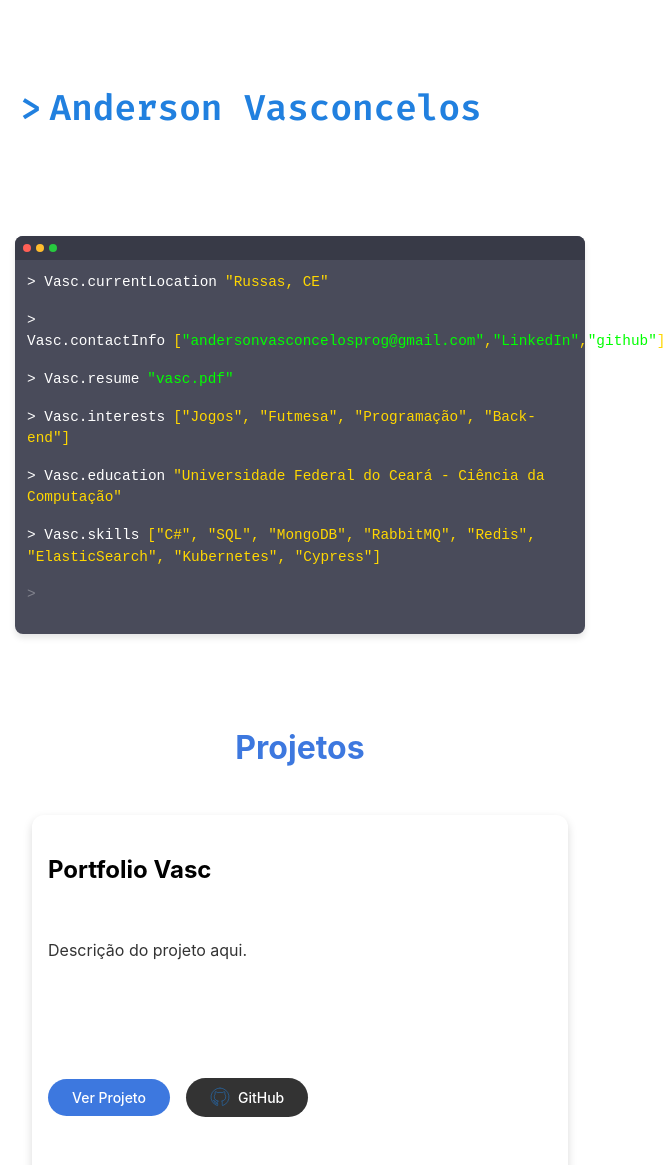
Repository: vascsx/portfolio_vascsx
Page: /
An editor plug-in stored every save of this project. The page is shown before and after the next save, followed by the edit.
The browser window is 600 px wide. The page is 668 px wide, so the pictures cover 668 px, including what lies to the right of the window. The pictures show the part of the page from y = 0 to 1165 px (the page is 3742 px tall before and 3790 px after).
Pictures or frames that could not be fetched are drawn as grey boxes. The project was rebuilt for these pictures with package versions that can differ from the ones it lists, and the page was loaded fresh each time.

Above is the page before, as saved 2025-03-15 15:08:24.

After the next save:
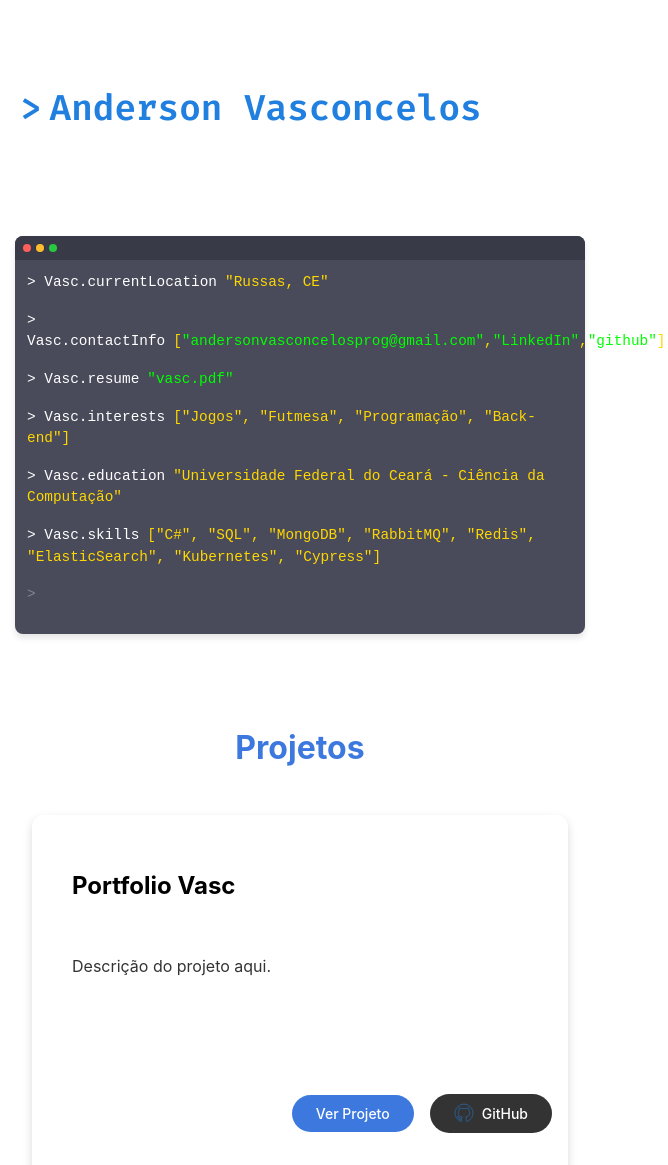
Saved 2 min 5 s later.
--- a/src/components/Projects.css
+++ b/src/components/Projects.css
@@ -38,11 +38,14 @@
   flex-direction: column;
   justify-content: flex-start;
   gap: 1.5rem;
+  margin-left: 1.5rem;  /* Ajuste para mover a descrição um pouco para a direita */
+  margin-top: 1rem;  /* Mover um pouco para baixo */
 }
 
 .project-info h3 {
   margin-bottom: 1rem;
   font-size: 1.5rem;
+  margin-top: 1rem;  /* Move o título um pouco para baixo */
 }
 
 .project-info p {
@@ -71,6 +74,7 @@
   display: flex;
   gap: 1rem;
   align-items: center;
+  justify-content: flex-end; /* Move os botões para a direita */
 }
 
 .btn-source {
@@ -130,6 +134,11 @@
     flex-direction: column;  /* Empilhar os elementos em telas menores */
   }
 
+  .project-info {
+    flex: 0 0 100%;  /* Em telas menores, ocupa toda a largura */
+    padding: 1rem;
+  }
+
   .project-video {
     height: 400px;
   }
@@ -139,4 +148,9 @@
   .project-video {
     height: 300px;
   }
+
+  .project-info {
+    padding: 1rem;
+    margin-top: 1.5rem; /* Ajuste para mais espaço em telas pequenas */
+  }
 }
